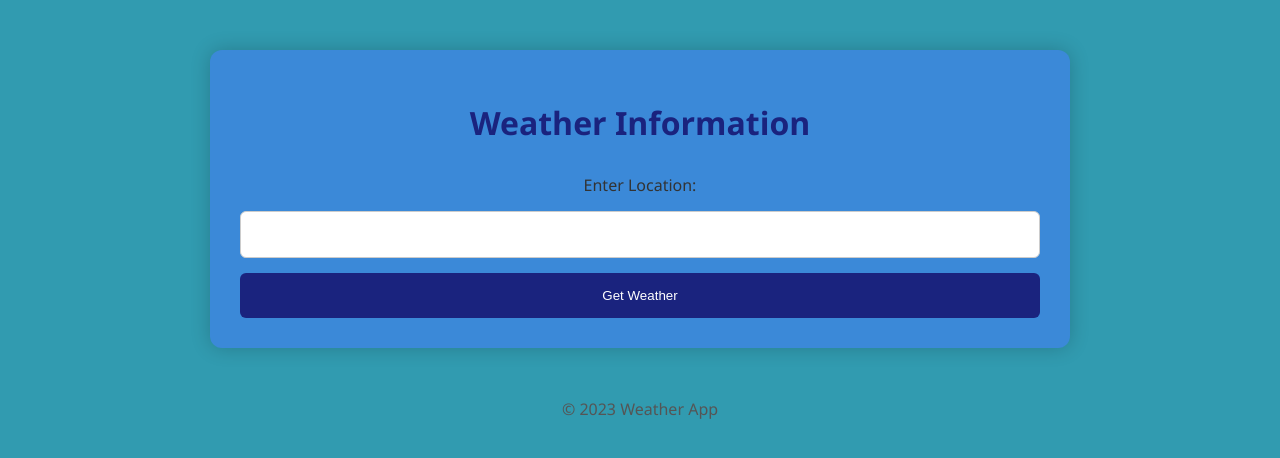
Repository: muke2110/weather
Page: http://localhost/
An editor plug-in stored every save of this project. The page is shown before and after a run of saves, followed by the edit.
The browser window is 1280 px wide. The pictures show the whole page.
The page is served by the project's Node server (app.js).

Above is the page before, as saved 2023-12-08 19:32:37.

After the next 3 saves:
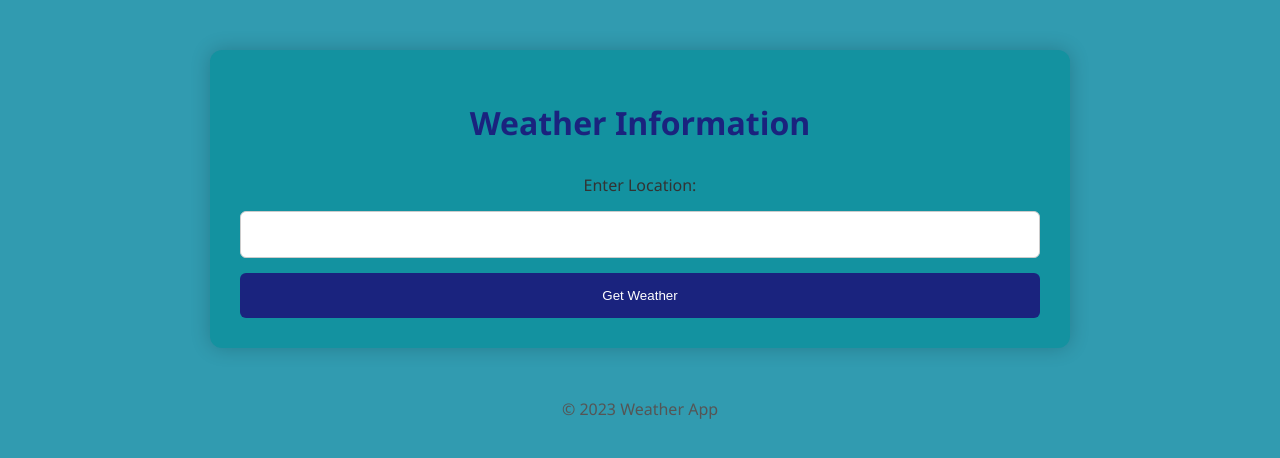
The 3 saves are shown as one change because they came seconds apart.
The last was saved 13 s later.
--- a/public/styles.css
+++ b/public/styles.css
@@ -10,7 +10,7 @@ body {
 .container {
     max-width: 800px; /* Increased max-width for a more spacious feel */
     margin: 50px auto;
-    background-color: #3b89d8;
+    background-color: #1392a0;
     padding: 30px;
     border-radius: 12px; /* Rounded corners */
     box-shadow: 0 0 20px rgba(0, 0, 0, 0.2);
